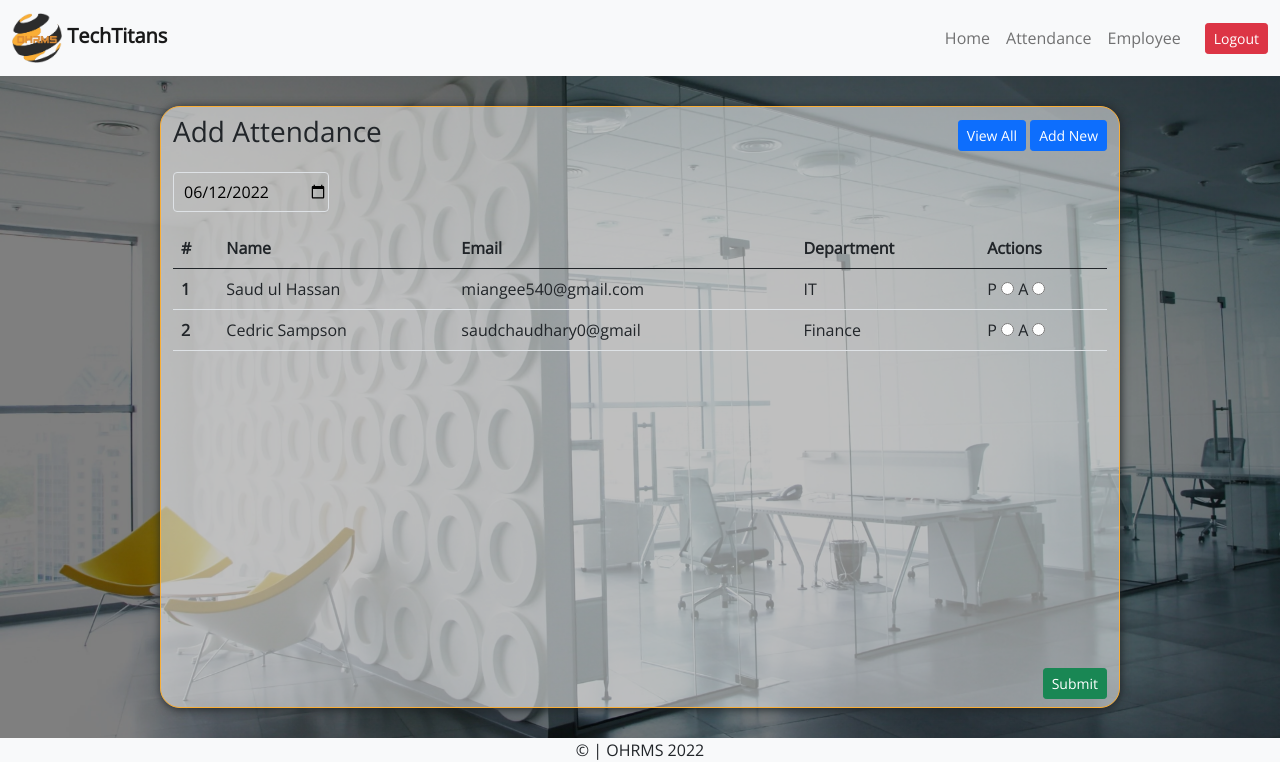
Repository: SaudCh/PHP-OHRMS
Page: http://localhost/ohrm/admin/add-attendance
The author's editor kept a copy of each file at every save. The page is drawn from the files as they stood at one save, then again after the next save.
The browser window is 1280 px wide. The pictures show the whole page.
Some web libraries are served in a nearby version. The page is run by PHP 8.4 with error messages shown; the project is at /var/www/html/. The session is filled in as if someone had signed in: {"admin": "admin@ohrm.com"}. The database holds what the project's SQL file puts in it.

Above is the page before, as saved 2022-06-13 19:53:33.

After the next save:
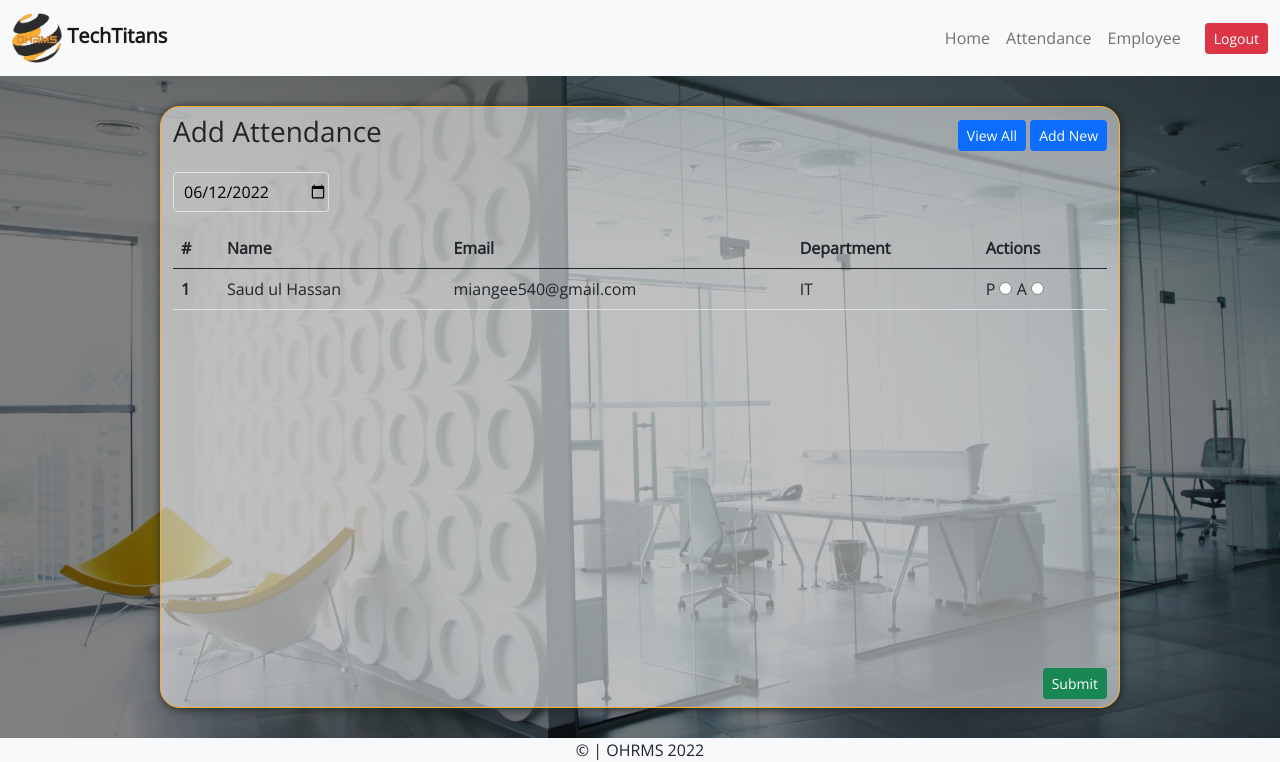
Saved 2 days later.
--- a/admin/add-attendance.php
+++ b/admin/add-attendance.php
@@ -46,7 +46,7 @@
                             <tbody id="employee-data">
 
                                 <?php
-                                $sql = "select * from employee";
+                                $sql = "select * from employee where empStatus = 1";
                                 $results = mysqli_query($con, $sql);
                                 $rescheck = mysqli_num_rows($results);
                                 $count = 0;
